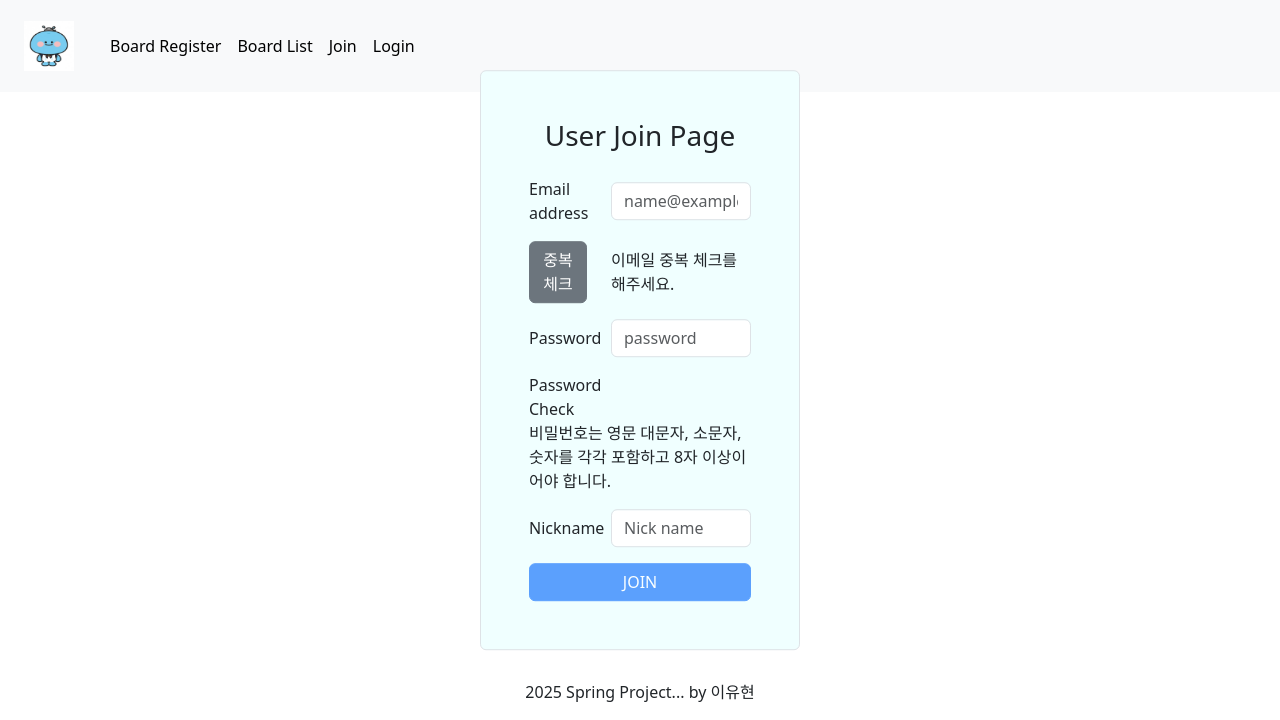
Repository: LeeYouHyeon/6.Spring
Page: http://localhost/spring_project/WEB-INF/views/user/register.jsp
These files come from the project's save history. The page is drawn as it stood at one moment and after the next save; the edit follows.
The browser window is 1280 px wide. The pictures show the whole page.
The page is served by Tomcat 9. Nobody is signed in. The template is opened directly, without the code that normally fills it, so the values that code supplies are empty.

Above is the page before, as saved 2025-06-10 07:06:43.

After the next save:
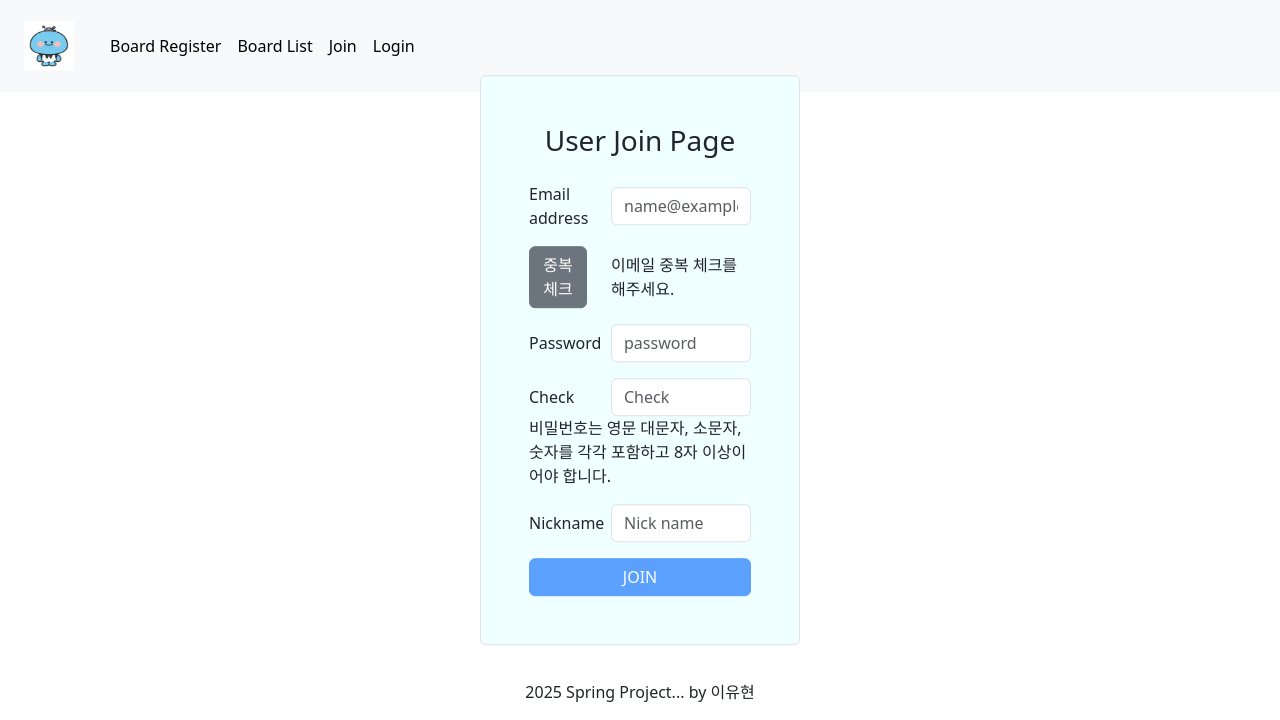
Saved 27 s later.
--- a/spring_project/src/main/webapp/WEB-INF/views/user/register.jsp
+++ b/spring_project/src/main/webapp/WEB-INF/views/user/register.jsp
@@ -35,7 +35,14 @@
 			</div>
 		</div>
 		<div class="mob-3 row align-items-center">
-			<div class="col-4">Password Check</div>
+			<div class="col-4">Check</div>
+			<div class="col-8">
+				<input type="password"
+					class="form-control"
+					id="pwdCheck"
+					placeholder="Check"
+					required>
+			</div>
 		</div>
 		<div class="mb-3">비밀번호는 영문 대문자, 소문자, 숫자를 각각 포함하고 8자 이상이어야 합니다.</div>
 		<div class="mb-3 row align-items-center">
